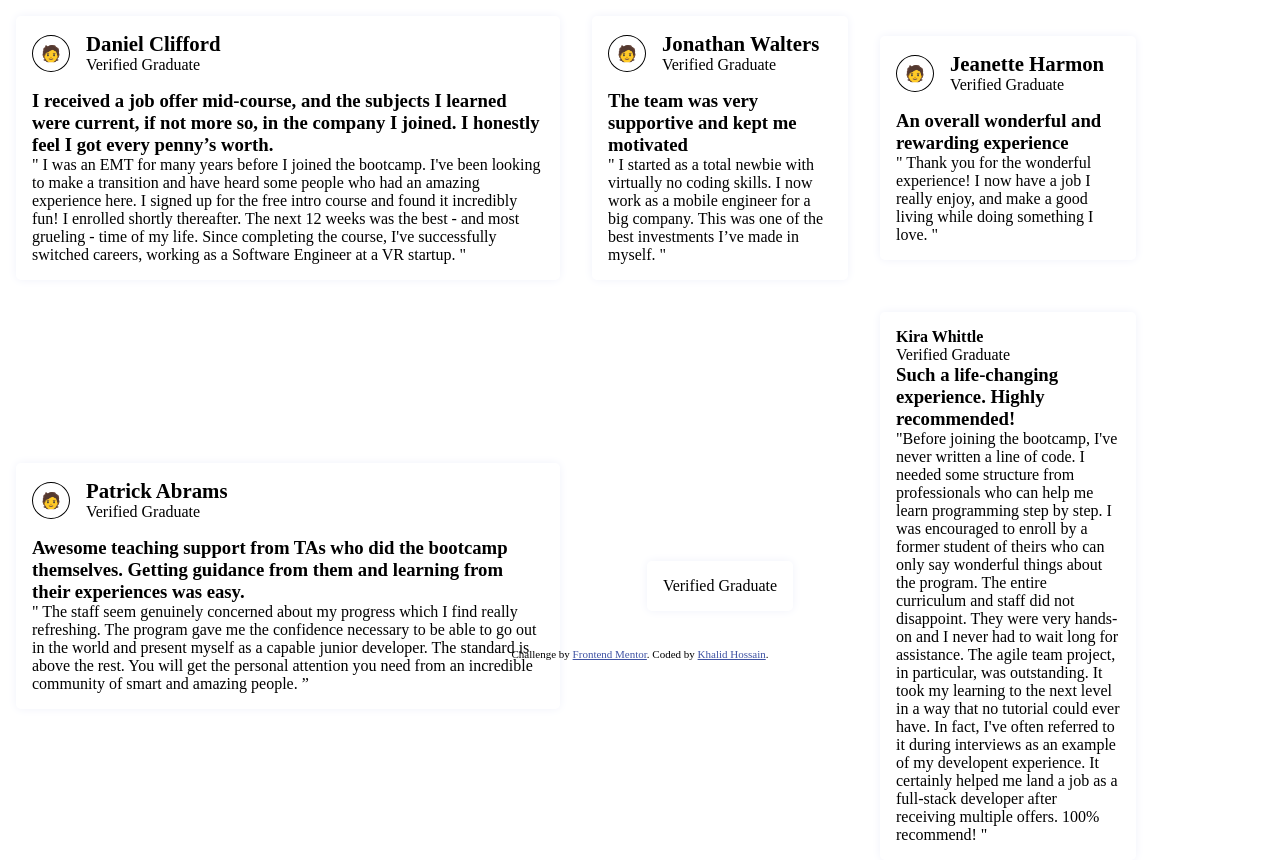
Repository: badhon252/Testimonials-Grid-Section
Page: index.html
An editor plug-in stored every save of this project. The page is shown before and after the next save, followed by the edit.
The browser window is 1280 px wide. The pictures show the whole page.

Above is the page before, as saved 2023-02-18 16:02:11.

After the next save:
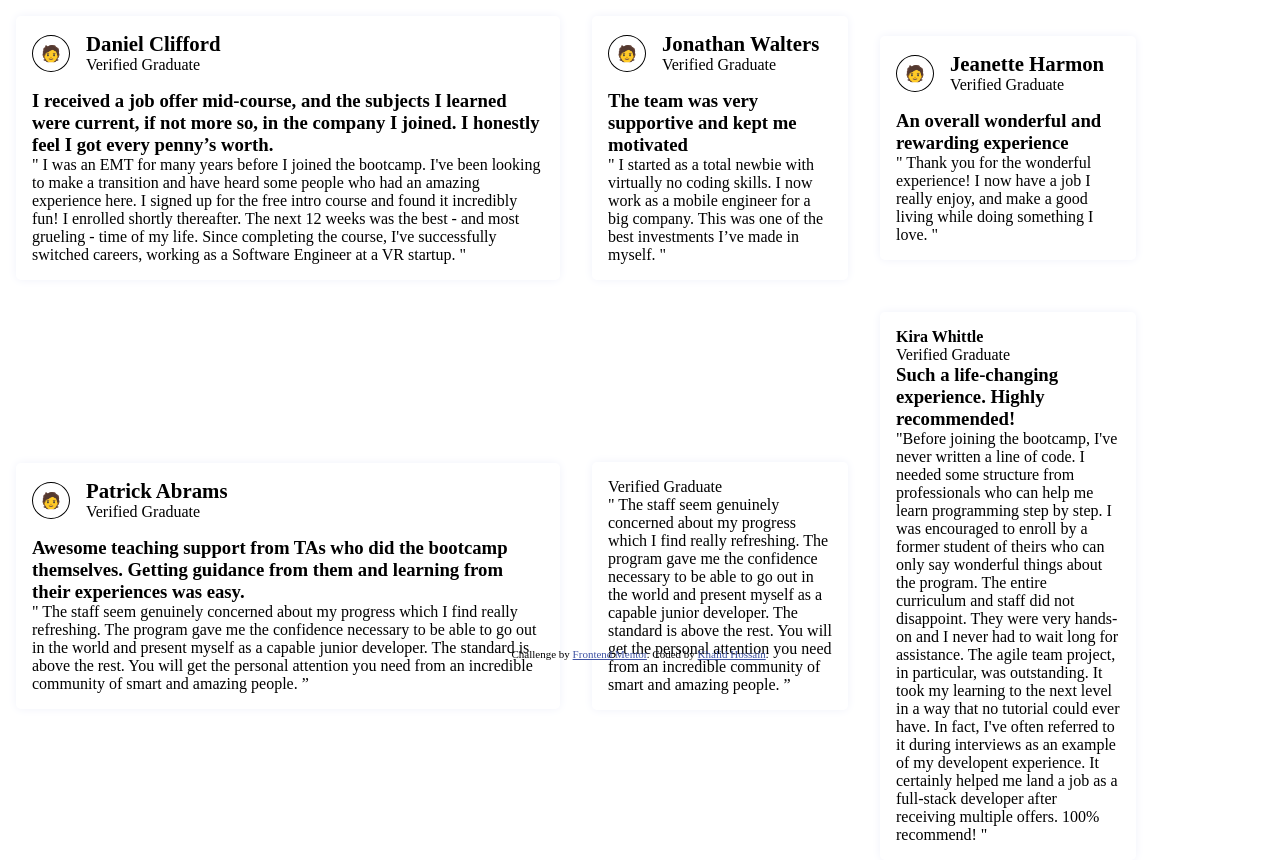
Saved 11 s later.
--- a/index.html
+++ b/index.html
@@ -77,7 +77,9 @@
         <div class="box box4">
             <h4></h4>
             <p>Verified Graduate</p>
-            <h3></h3>
+            <p>" The staff seem genuinely concerned about my progress which I find really refreshing. The program gave me the confidence necessary to be able to go out in the world and present myself as a capable junior developer. The standard is above the
+                rest. You will get the personal attention you need from an incredible community of smart and amazing people. ”
+            </p>
 
         </div>
         <div class="box box5">
